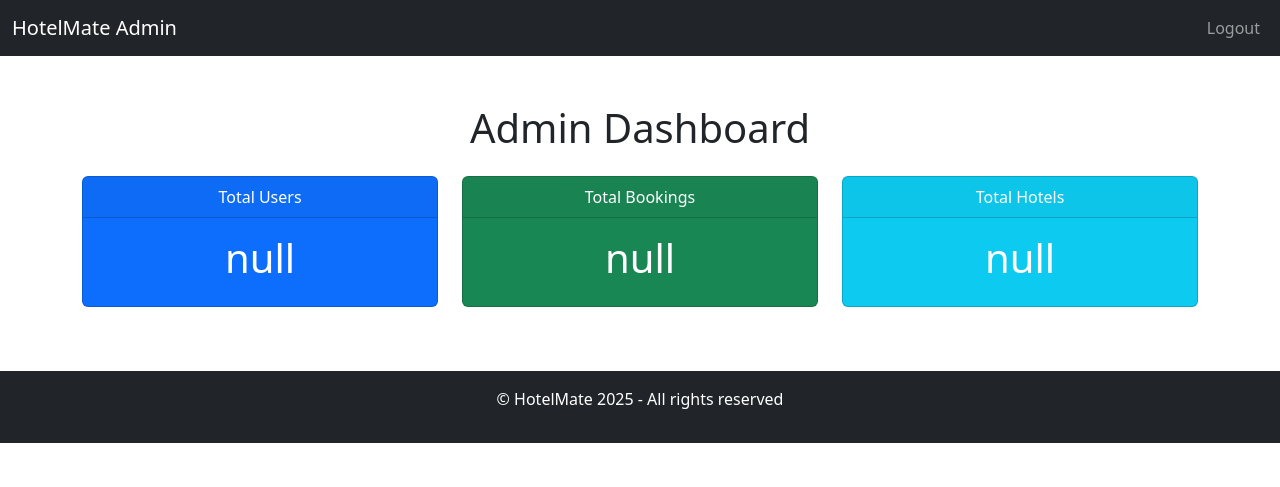
Repository: himanshu2k23/HoteMate
Page: http://localhost/HotelMate/WEB-INF/admin/dashboard.jsp
The author's editor kept a copy of each file at every save. The page is drawn from the files as they stood at one save, then again after the next save.
The browser window is 1280 px wide. The pictures show the whole page.
The page is served by Tomcat 10. Nobody is signed in. Other server files are loaded and not shown. The template is opened directly, without the code that normally fills it, so the values that code supplies are empty.

Above is the page before, as saved 2025-01-17 16:46:42.

### HotelMate/src/main/webapp/WEB-INF/admin/dashboard.jsp
<%@ page contentType="text/html;charset=UTF-8" language="java"%>
<!DOCTYPE html>
<html lang="en">
<head>
<meta charset="UTF-8">
<meta name="viewport" content="width=device-width, initial-scale=1.0">
<title>Admin Dashboard</title>
<link rel="stylesheet"
	href="https://cdn.jsdelivr.net/npm/bootstrap@5.3.0/dist/css/bootstrap.min.css">
</head>
<body>
	<nav class="navbar navbar-expand-lg navbar-dark bg-dark">
		<div class="container-fluid">
			<a class="navbar-brand" href="#">HotelMate Admin</a>
			<button class="navbar-toggler" type="button"
				data-bs-toggle="collapse" data-bs-target="#navbarNav"
				aria-controls="navbarNav" aria-expanded="false"
				aria-label="Toggle navigation">
				<span class="navbar-toggler-icon"></span>
			</button>
			<div class="collapse navbar-collapse" id="navbarNav">
				<ul class="navbar-nav ms-auto">
					<li class="nav-item"><a class="nav-link"
						href="${pageContext.request.contextPath}/admin/logout">Logout</a>
					</li>
				</ul>
			</div>
		</div>
	</nav>

	<div class="container mt-5">
		<h1 class="text-center mb-4">Admin Dashboard</h1>
		<div class="row">
			<div class="col-md-4">
				<div class="card text-white bg-primary mb-3">
					<div class="card-header text-center">Total Users</div>
					<div class="card-body text-center">
						<h1 class="card-title"><%=request.getAttribute("totalUsers")%></h1>
					</div>
				</div>
			</div>
			<div class="col-md-4">
				<div class="card text-white bg-success mb-3">
					<div class="card-header text-center">Total Bookings</div>
					<div class="card-body text-center">
						<h1 class="card-title"><%=request.getAttribute("totalBookings")%></h1>
					</div>
				</div>
			</div>
			<div class="col-md-4">
				<div class="card text-white bg-info mb-3">
					<div class="card-header text-center">Total Hotels</div>
					<div class="card-body text-center">
						<h1 class="card-title"><%=request.getAttribute("totalHotels")%></h1>
					</div>
				</div>
			</div>
		</div>
	</div>

	<footer class="bg-dark text-white text-center py-3 mt-5">
		<p>© HotelMate 2025 - All rights reserved</p>
	</footer>

	<script
		src="https://cdn.jsdelivr.net/npm/bootstrap@5.3.0/dist/js/bootstrap.bundle.min.js"></script>
</body>
</html>

After the next save:
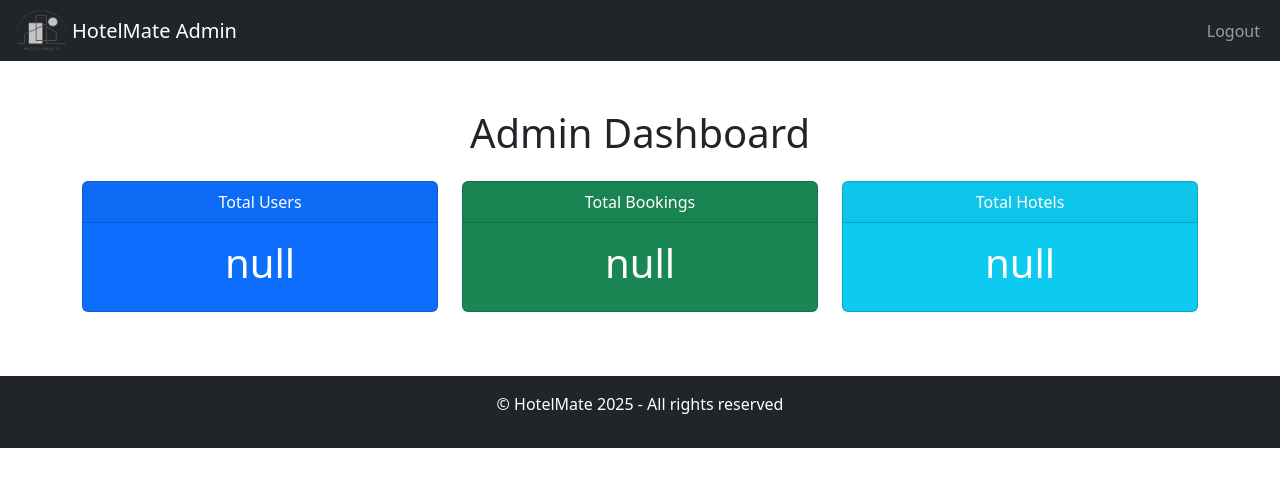
Saved 6 min 53 s later.
--- a/HotelMate/src/main/webapp/WEB-INF/admin/dashboard.jsp
+++ b/HotelMate/src/main/webapp/WEB-INF/admin/dashboard.jsp
@@ -11,6 +11,8 @@
 <body>
 	<nav class="navbar navbar-expand-lg navbar-dark bg-dark">
 		<div class="container-fluid">
+			<img src="http://localhost:8080/HotelMate/Images/HotelmateLogo.png"
+				alt="HotelMate Logo" width="60" height="45" class="d-inline-block">
 			<a class="navbar-brand" href="#">HotelMate Admin</a>
 			<button class="navbar-toggler" type="button"
 				data-bs-toggle="collapse" data-bs-target="#navbarNav"
